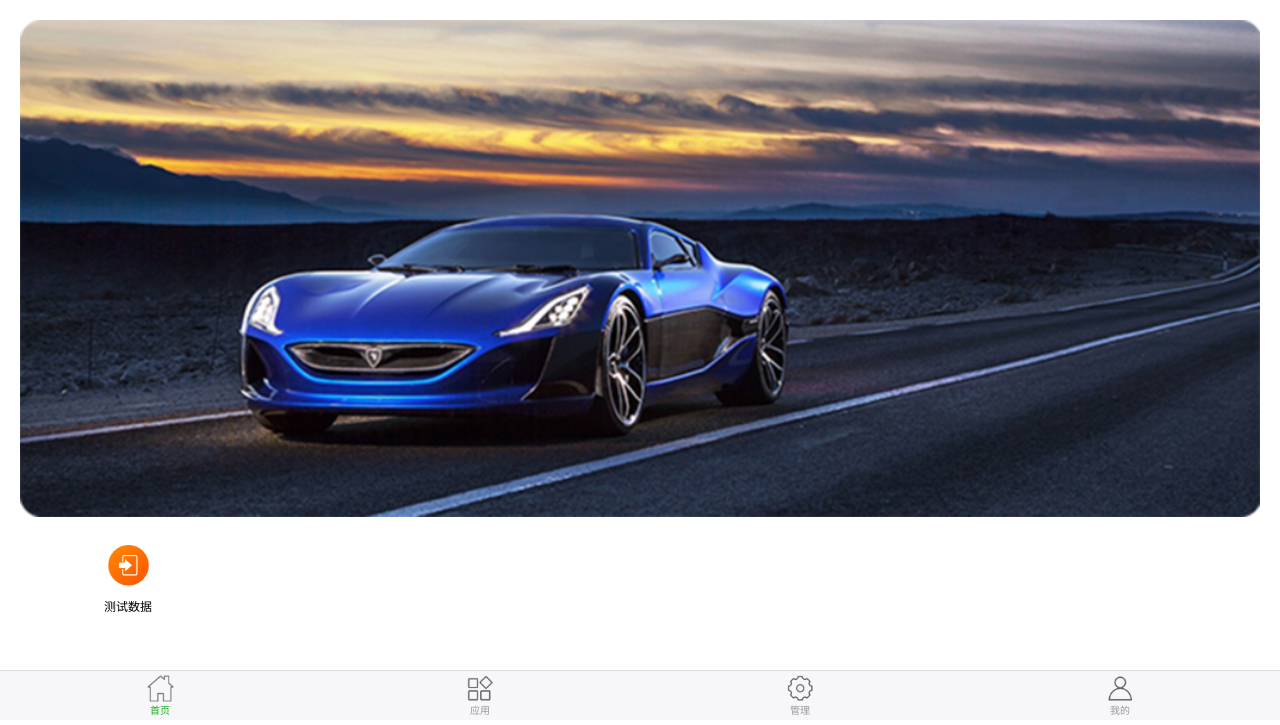
Repository: family-car/car
Page: index.html
These files come from the project's save history. The page is drawn as it stood at one moment and after the next save; the edit follows.
The browser window is 1280 px wide. The pictures show the whole page.

Above is the page before, as saved 2020-05-11 18:52:27.

After the next save:
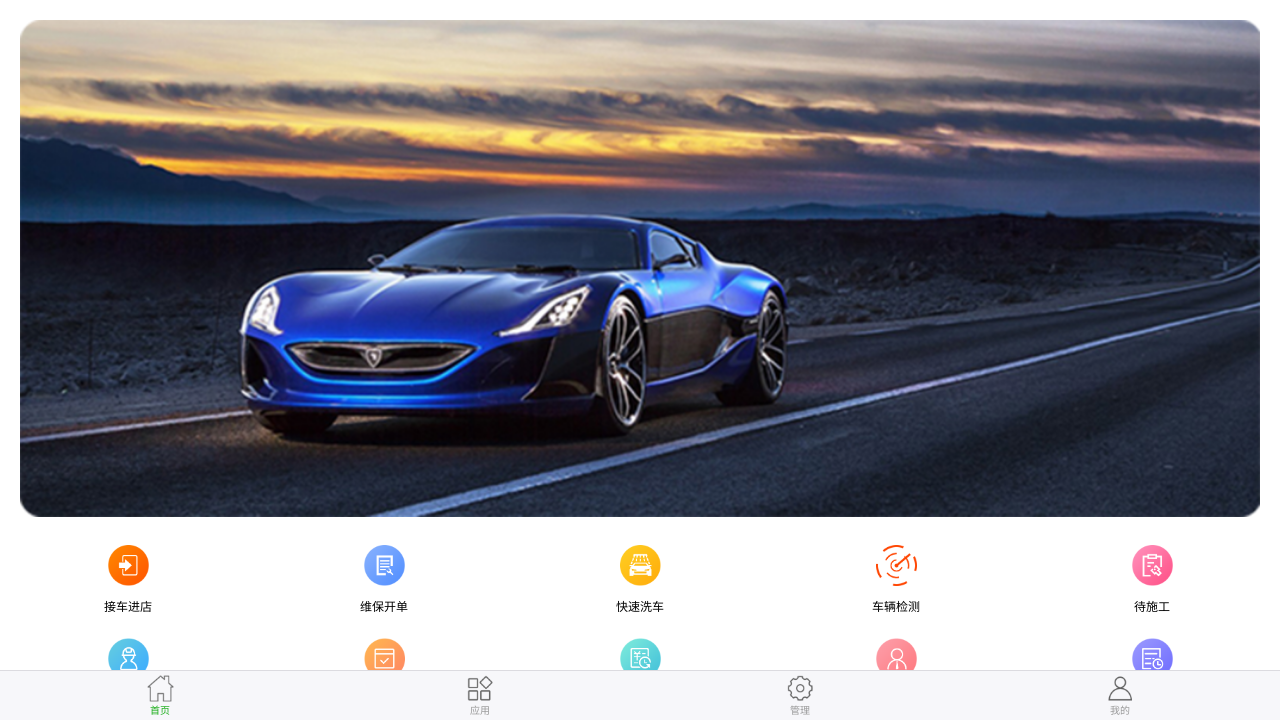
Saved 10 s later.
--- a/src/js/entry/index.js
+++ b/src/js/entry/index.js
@@ -11,7 +11,6 @@
             {name:"待结算",image:"src/image/account.png"},
             {name:"客户查询",image:"src/image/inquiry.png"},
             {name:"预约订单",image:"src/image/bill3x.png"},
-            {name:"测试数据",image:"src/image/join3x.png"},
         ],
         init:function(){
             this.swiper();

After the save that followed:
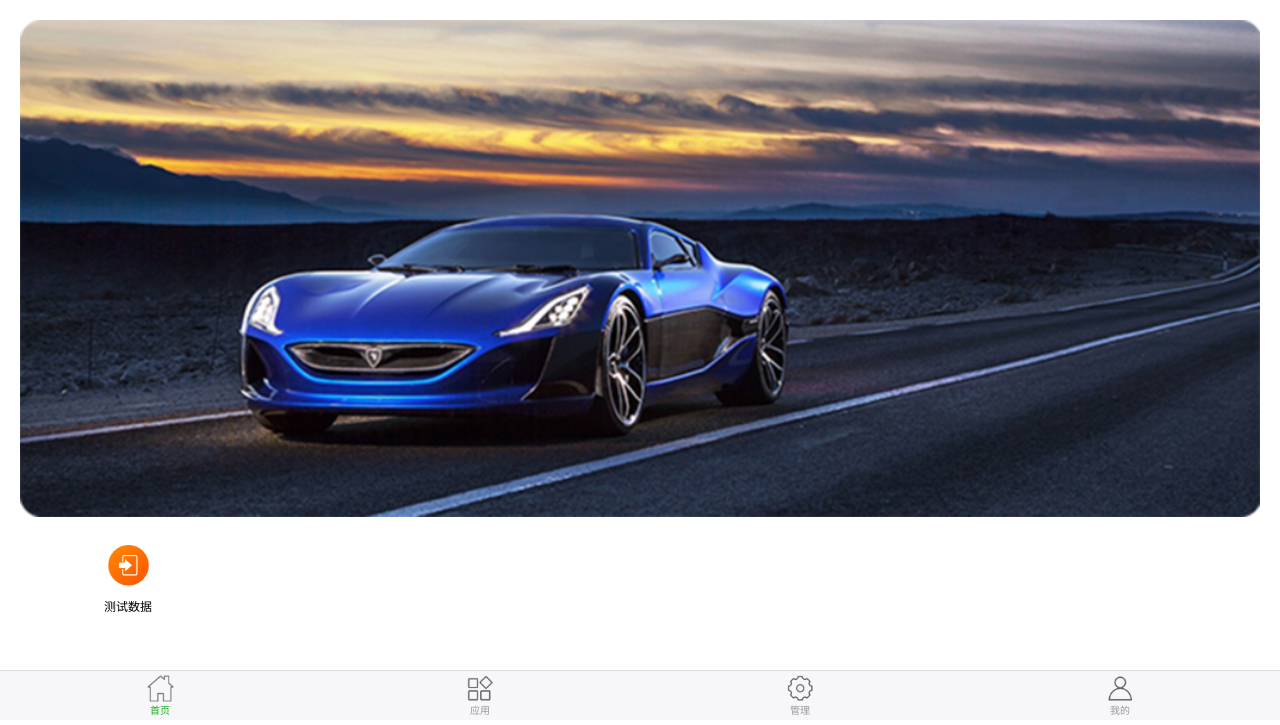
Saved 15 s later.
--- a/src/js/entry/index.js
+++ b/src/js/entry/index.js
@@ -11,6 +11,7 @@
             {name:"待结算",image:"src/image/account.png"},
             {name:"客户查询",image:"src/image/inquiry.png"},
             {name:"预约订单",image:"src/image/bill3x.png"},
+            {name:"测试数据",image:"src/image/join3x.png"},
         ],
         init:function(){
             this.swiper();
